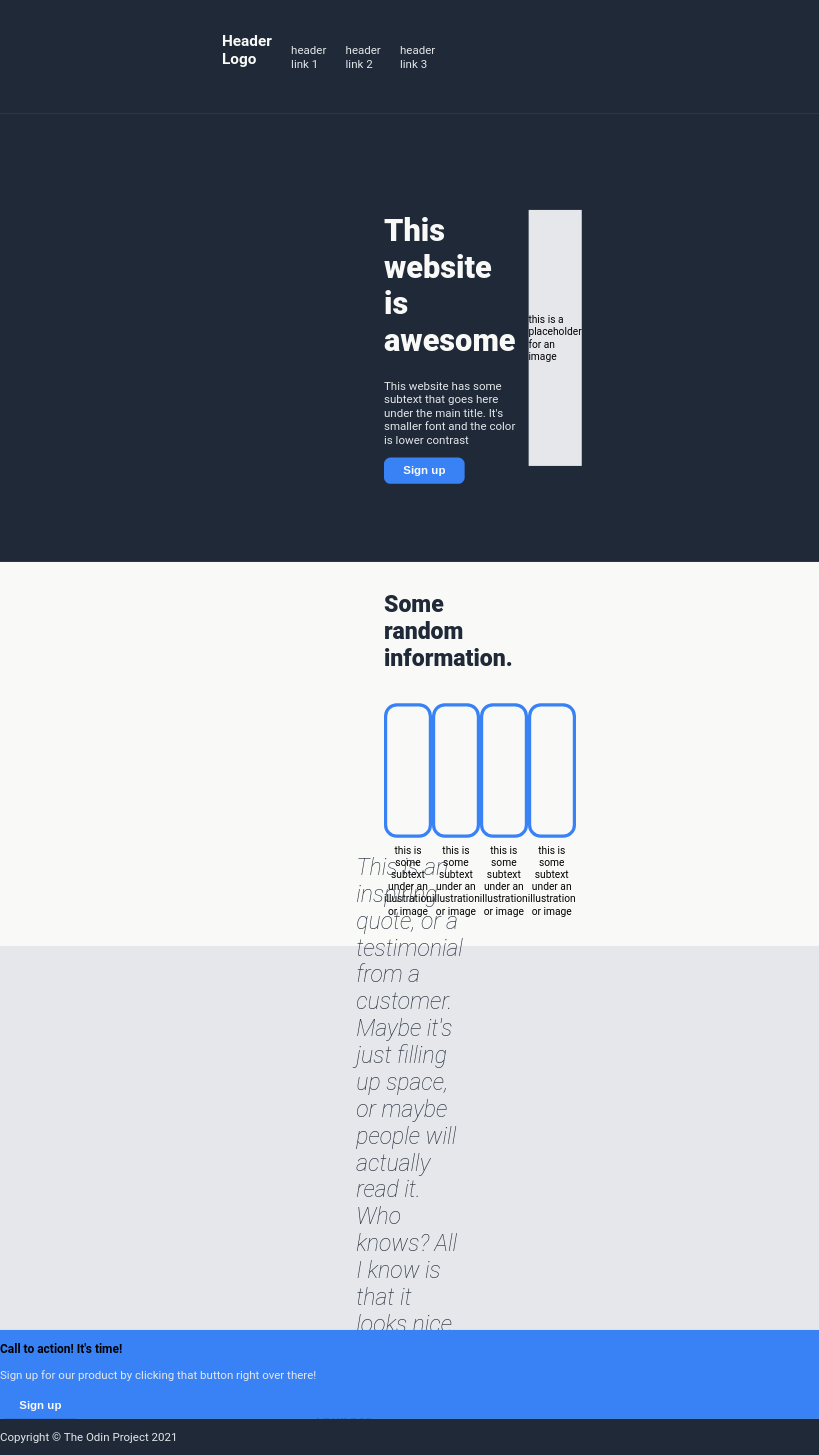
Repository: rsoetydev/landing-page
Page: index.html
The author's editor kept a copy of each file at every save. The page is drawn from the files as they stood at one save, then again after the next save.
The browser window is 1280 px wide. The pictures show the whole page, at 64% of full size.

Above is the page before, as saved 2023-11-28 10:39:25.

### index.html
<!DOCTYPE html>
<html lang="en">
<head>
    <meta charset="UTF-8">
    <meta name="viewport" content="width=device-width, initial-scale=1.0">
    <title>Landing Page</title>
    <link rel="stylesheet" href="style.css">
</head>
<body>
    <div class="header">
        <h2 class="header-logo">Header Logo</h2>
        <p class="link-1">header link 1 </p>
        <p class="link-2">header link 2</p>
        <p class="link-3"> header link 3</p>
    </div>

    <div class="hero">
        <div class="hero-text">
            <h1 class="hero-title">This website is awesome</h1>
            <p class="hero-subtext">This website has some subtext that goes here under the main title. It's smaller font and the color is lower contrast</p>
            <button class="sign-up">Sign up</button>
        </div>
        <div class="hero-image-cont">
            this is a placeholder for an image
        </div>
    </div>

    <div class="info">
        <h2 class="info-title">Some random information.</h2>
        <div class="item-cont">
            <div class="item">
                <div class="item-pic"></div>
                <div class="item-text">this is some subtext under an illustration or image</div>
            </div>
            <div class="item">
                <div class="item-pic"></div>
                <div class="item-text">this is some subtext under an illustration or image</div>
            </div>
            <div class="item">
                <div class="item-pic"></div>
                <div class="item-text">this is some subtext under an illustration or image</div>
            </div>
            <div class="item">
                <div class="item-pic"></div>
                <div class="item-text">this is some subtext under an illustration or image</div>
            </div>
        </div>
    </div>

    <div class="quote">
        <p class="quote-text">
            This is an inspiring quote, or a testimonial from a customer. Maybe it's just filling up space, or maybe people will actually read it. Who knows? All I know is that it looks nice.
        </p>
        <p class="quote-author">-Thor, God of Thunder</p>
    </div>

    <div class="c2a">
        <div class="c2a-sub">
            <div class="c2a-text-container">
                <h3>Call to action! It's time!</h3>
                <p class="c2a-text">Sign up for our product by clicking that button right over there!</p>
            </div>
            <button class="c2a-sign-up">Sign up</button>
        </div>
    </div>

    <div class="footer">
        <p class="copyright">Copyright © The Odin Project 2021</p>
    </div>

</body>
</html>

### style.css


:root {
    --dark: #1F2937;
    --gray: #E5E7EB;
    --white: #F9FAF8;
    --blue: #3882F6;

    font-family: 'Roboto', arial;
}

body{
    background-color:var(--white);
    padding: 0;
    margin: 0;
    display: flex;
    flex-direction: column;
}

h1{
    font-size:48px;
    font-weight:900;
    color: var(--white);
}

p{
    color: var(--gray);
    font-size: 18px;
}

h2{
    color: var(--white);
    font-size: 24px;
    font: weight 600px;
    padding:0px;
    margin: 0px;
}

.info-title {
    font-size: 36px;
    color:var(--dark);
    font-weight: 900;
}

.quote-text {
    font-size: 36px;
    font-style: italic;
    font-weight: 200;
    color:var(--dark);
}

button{
    background-color: var(--blue);
    color:var(--white);
    font-size: 18px;
    font-weight: 600;
    padding: 10px 30px;
    border: none;
    border-radius: 10px;
}

.header{
    display:flex;
    background-color: var(--dark);
    justify-content: flex-end;
    gap:30px;
    padding: 50px 600px;
}

.header-logo{
    flex: 1;
}

.hero{
    display:flex;
    background-color: var(--dark);
    padding: 0px 600px;
    height: 700px;
    justify-content:space-between;
    align-items: center;
    gap: 20px;
}

.hero-image-cont{
    background-color:var(--gray);
    display:flex;
    justify-content: center;
    align-items: center;
    width: 800px;
    height: 400px;
}

.info-title{
    text-align: center;
    padding: 0 0 50px 0;
}

.info{
    display: flex;
    flex-direction: column;
    justify-content: center;
    height: 600px;
    padding: 0 600px;
}

.item-cont{
    display:flex;
    justify-content: space-evenly;
}

.item{
    display:flex;
    flex-direction: column;
    width: 200px;
    gap: 10px;
}

.item-pic{
    height:200px;
    flex-grow: 1;
    border-style: solid;
    border-color: var(--blue);
    border-radius: 20px;
    border-width: 5px;
}

.item-text{
    text-align: center;
}

.quote{
    background-color: var(--gray);
    height: 600px;
    display:flex;
    flex-direction: column;
    padding: 0px 600px;
    justify-content: center;
    align-items: center;

}

.quote-author{
    color:var(--dark);
    font-weight: 600;
    font-size: 24px;
    align-self: flex-end;
    padding-right: 100px;
}

.c2a{
    background-color: var(--blue);
}

.footer{
    background-color: var(--dark);
}

After the next save:
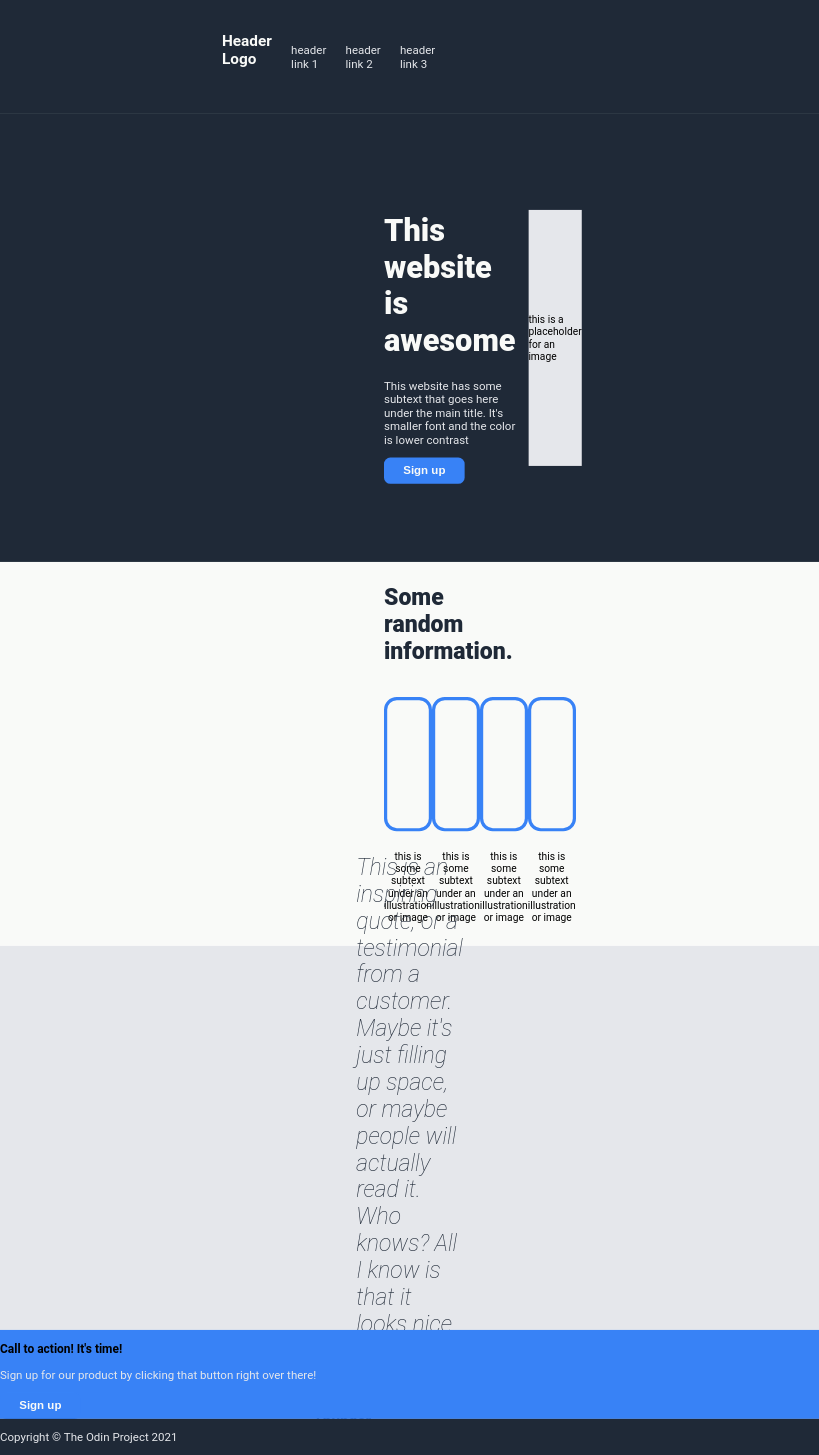
Saved 17 s later.
--- a/style.css
+++ b/style.css
@@ -112,7 +112,7 @@ button{
     display:flex;
     flex-direction: column;
     width: 200px;
-    gap: 10px;
+    gap: 30px;
 }
 
 .item-pic{
